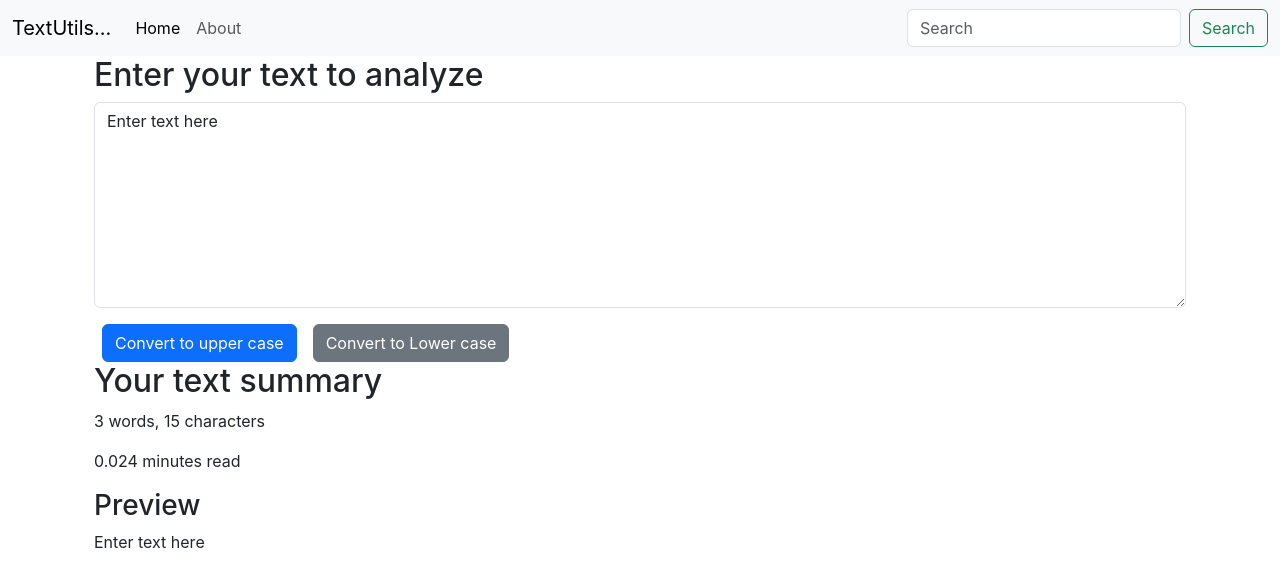
Repository: SujanNagaju/react-demo
Page: /
The author's editor kept a copy of each file at every save. The page is drawn from the files as they stood at one save, then again after the next save.
The browser window is 1280 px wide. The pictures show the whole page.
The project was rebuilt for these pictures with package versions that can differ from the ones it lists, and the page was loaded fresh each time. Also part of the build but not shown: src/App.css.

Above is the page before, as saved 2024-12-29 14:10:26.

After the next save:
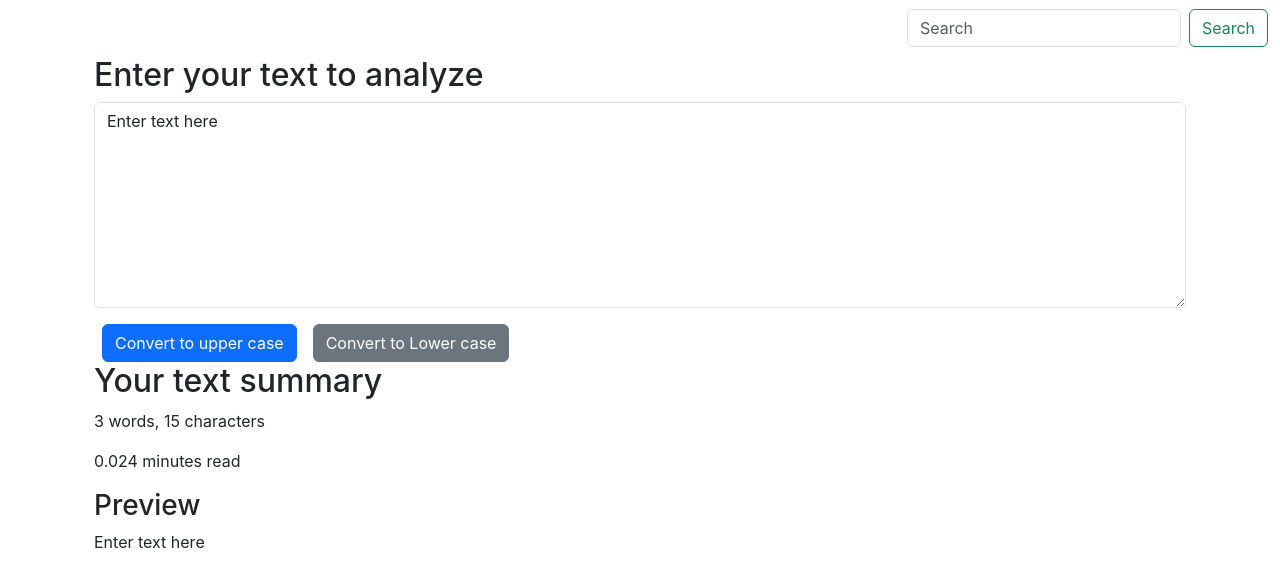
Saved 57 s later.
--- a/src/components/Navbar.js
+++ b/src/components/Navbar.js
@@ -4,7 +4,7 @@
 
 export default function Navbar({title="TextUtils", aboutText="About"}) {
   return (
-    <nav className="navbar navbar-expand-lg bg-body-tertiary">
+    <nav className="navbar navbar-expand-lg navbar-dark navbar-bg-dark">
         <div className="container-fluid">
             <a className="navbar-brand" href="/">{title}</a>
             <button className="navbar-toggler" type="button" data-bs-toggle="collapse" data-bs-target="#navbarSupportedContent" aria-controls="navbarSupportedContent" aria-expanded="false" aria-label="Toggle navigation">

After the 2 saves that followed:
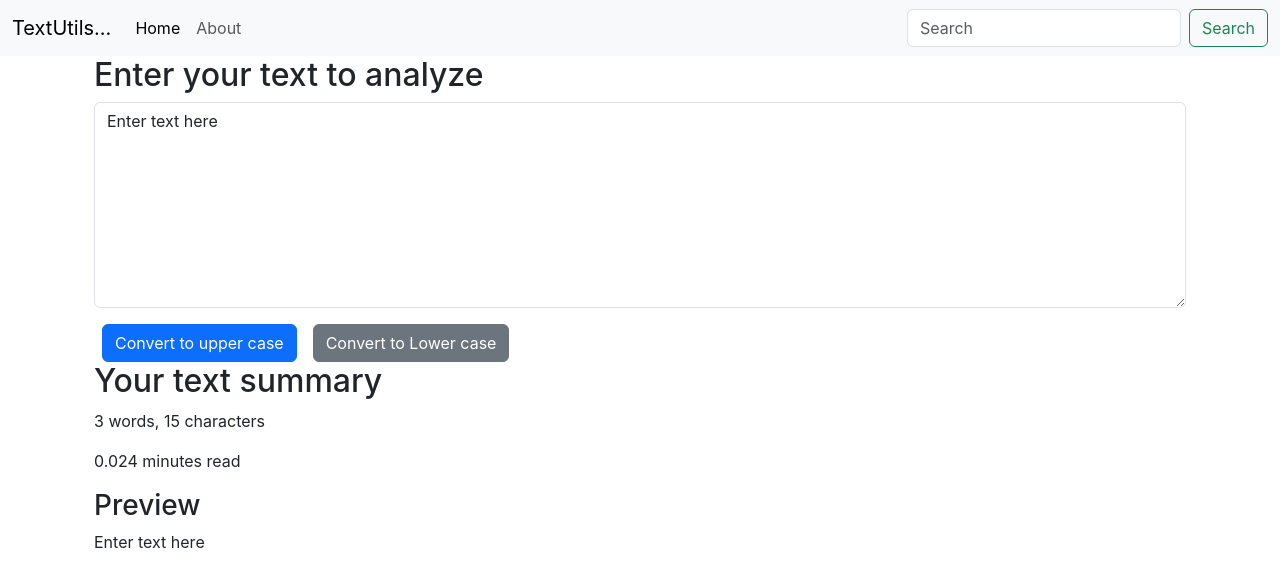
The 2 saves are shown as one change because 1 left the picture as it was.
The last was saved 43 s later.
--- a/src/components/Navbar.js
+++ b/src/components/Navbar.js
@@ -4,7 +4,7 @@
 
 export default function Navbar({title="TextUtils", aboutText="About"}) {
   return (
-    <nav className="navbar navbar-expand-lg navbar-dark navbar-bg-dark">
+    <nav className="navbar navbar-expand-lg bg-body-tertiary">
         <div className="container-fluid">
             <a className="navbar-brand" href="/">{title}</a>
             <button className="navbar-toggler" type="button" data-bs-toggle="collapse" data-bs-target="#navbarSupportedContent" aria-controls="navbarSupportedContent" aria-expanded="false" aria-label="Toggle navigation">
